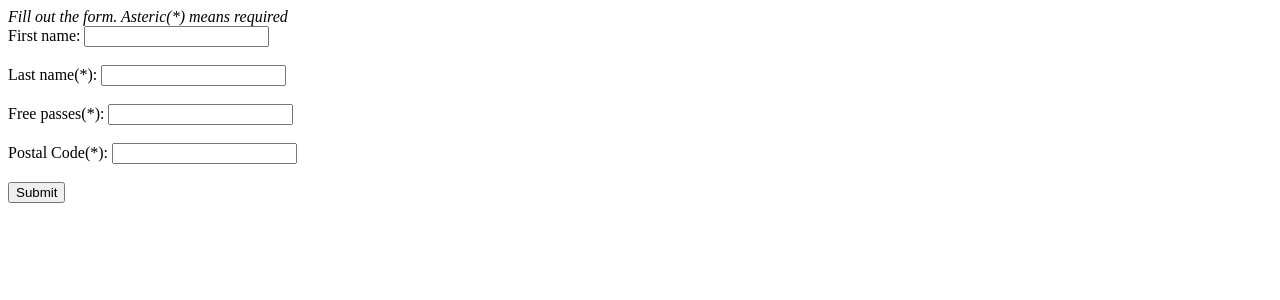
Repository: Gideonkim96/Java
Page: http://localhost/spring-mvc-demo/customer/showForm
These files come from the project's save history. The page is drawn as it stood at one moment and after the next save; the edit follows.
The browser window is 1280 px wide. The pictures show the whole page.
The page is served by Tomcat 9.

Above is the page before, as saved 2019-12-11 10:54:15.

After the next save:
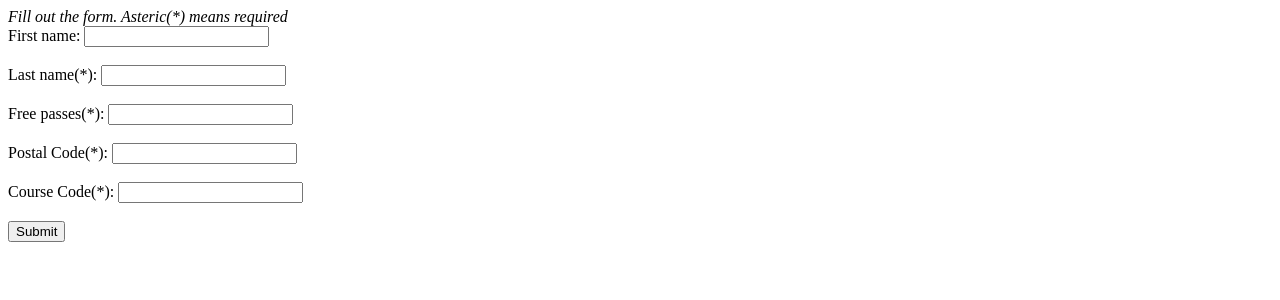
Saved 42 s later.
--- a/spring-mvc-demo/WebContent/WEB-INF/view/customer-form.jsp
+++ b/spring-mvc-demo/WebContent/WEB-INF/view/customer-form.jsp
@@ -35,6 +35,11 @@
 
 		<br><br>
 
+		Course Code(*): <form:input path="courseCode" />
+		<form:errors path="courseCode" cssClass="error" />
+
+		<br><br>
+
 		<input type="submit" value="Submit" />
 
 	</form:form>
